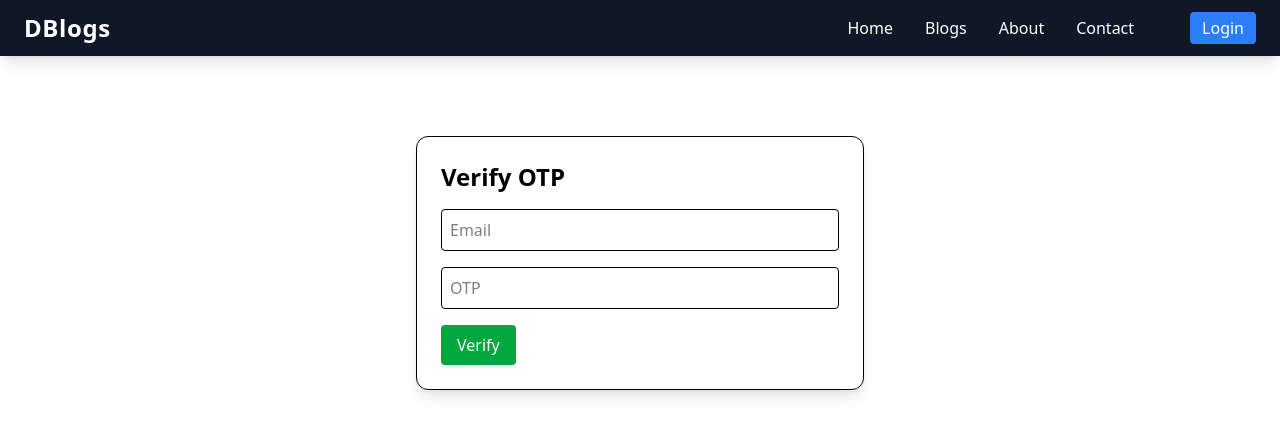
Repository: Devanshk9/DBlogs
Page: /verify (app in client/)
The author's editor kept a copy of each file at every save. The page is drawn from the files as they stood at one save, then again after the next save.
The browser window is 1280 px wide. The pictures show the whole page.
The project was rebuilt for these pictures with package versions that can differ from the ones it lists, and the page was loaded fresh each time. Also part of the build but not shown: client/vite.config.js, client/src/components/VantaGlobe.jsx, client/src/pages/Blogs.jsx, client/src/pages/Home.jsx, client/src/pages/BlogPage.jsx, client/src/pages/WriterPage.jsx, client/src/pages/About.jsx, client/src/pages/Contact.jsx and 3 more.

Above is the page before, as saved 2025-09-03 00:28:12.

### client/src/App.jsx
import React from "react";
import {
  createBrowserRouter,
  createRoutesFromElements,
  Route,
  RouterProvider,
  Navigate,
} from "react-router-dom";

import { AuthProvider } from "./context/AuthProvider";
import Layout from "./layout/Layout";

// Pages
import Home from "./pages/Home";
import Blogs from "./pages/Blogs";
import BlogPage from "./pages/BlogPage";
import WriterPage from "./pages/WriterPage";
import About from "./pages/About";
import Contact from "./pages/Contact";
import Login from "./pages/Login";
import Signup from "./pages/SignUp";
import VerifyOtp from "./pages/VerifyOtp";
import ProtectedRoute from "./pages/ProtectedRoute";

const router = createBrowserRouter(
  createRoutesFromElements(
    <Route element={<Layout />}>
      <Route path="/" element={<Home />} />
      <Route path="about" element={<About />} />
      <Route path="contact" element={<Contact />} />
      <Route path="login" element={<Login />} />
      <Route path="signup" element={<Signup />} />
      <Route path="verify" element={<VerifyOtp />} />

      {/* Protected routes */}
      <Route
        path="blogs"
        element={
          <ProtectedRoute>
            <Blogs />
          </ProtectedRoute>
        }
      />
      <Route
        path="blogs/:id"
        element={
          <ProtectedRoute>
            <BlogPage />
          </ProtectedRoute>
        }
      />
      <Route
        path="writers/:id"
        element={
          <ProtectedRoute>
            <WriterPage />
          </ProtectedRoute>
        }
      />
    </Route>
  )
);

export default function App() {
  return (
    <React.StrictMode>
      <AuthProvider>
        <RouterProvider router={router} />
      </AuthProvider>
    </React.StrictMode>
  );
}

### client/src/context/AuthProvider.jsx
// AuthProvider.jsx
import { useState } from "react";
import { AuthContext } from "./AuthContext";

export function AuthProvider({ children }) {
  const [user, setUser] = useState(null);
  const [token, setToken] = useState(localStorage.getItem("token") || null);

  const login = (userData, jwtToken) => {
    setUser(userData);
    setToken(jwtToken);
    localStorage.setItem("token", jwtToken);
  };

  const logout = () => {
    setUser(null);
    setToken(null);
    localStorage.removeItem("token");
  };

  return (
    <AuthContext.Provider value={{ user, token, login, logout }}>
      {children}
    </AuthContext.Provider>
  );
}

### client/src/layout/Layout.jsx
import Navbar from "../components/Navbar";
import { Outlet } from "react-router-dom";
import VantaGlobe from '../components/VantaGlobe';

function Layout() {
  return (
    <>
      <Navbar />
      <Outlet />

    </>
  );
}

export default Layout;

### client/src/pages/VerifyOtp.jsx
import { useState, useEffect } from "react";
import { useNavigate } from "react-router-dom";

export default function VerifyOtp() {
  const navigate = useNavigate();
  const [email, setEmail] = useState("");
  const [otp, setOtp] = useState("");
  const [message, setMessage] = useState("");
  const [isLoading, setIsLoading] = useState(false);

  useEffect(() => {
    const storedEmail = sessionStorage.getItem("verifyEmail");
    if (storedEmail) {
      setEmail(storedEmail);
    }
  }, []);

  const handleSubmit = async (e) => {
    e.preventDefault();
    setIsLoading(true);
    try {
      const res = await fetch("http://localhost:5001/api/auth/verify-otp", {
        method: "POST",
        headers: { "Content-Type": "application/json" },
        body: JSON.stringify({ email, otp }),
      });
      const data = await res.json();

      if (data.error) {
        setMessage(data.error);
        return;
      }

      setMessage(data.message);
      // Clear email from session storage
      sessionStorage.removeItem("verifyEmail");

      // Redirect to login after successful verification
      setTimeout(() => {
        navigate("/login");
      }, 1500);
    } catch (error) {
      console.error("Verification error:", error);
      setMessage("An error occurred during verification");
    } finally {
      setIsLoading(false);
    }
  };

  return (
    <div className="max-w-md mx-auto mt-20 p-6 border rounded-xl shadow-lg">
      <h1 className="text-2xl font-bold mb-4">Verify OTP</h1>
      <form onSubmit={handleSubmit} className="space-y-4">
        <input
          type="email"
          placeholder="Email"
          className="w-full p-2 border rounded"
          value={email}
          onChange={(e) => setEmail(e.target.value)}
        />
        <input
          type="text"
          placeholder="OTP"
          className="w-full p-2 border rounded"
          value={otp}
          onChange={(e) => setOtp(e.target.value)}
        />
        <button className="bg-green-600 text-white px-4 py-2 rounded">
          Verify
        </button>
      </form>
      {message && <p className="mt-4 text-center">{message}</p>}
    </div>
  );
}

### client/src/context/AuthContext.js
// AuthContext.js
import { createContext } from "react";
export const AuthContext = createContext();

### client/src/components/Navbar.jsx
import React, { useState, useContext } from "react";
import { Link } from "react-router-dom";
import { Menu, X } from "lucide-react";
import { AuthContext } from "../context/AuthContext";

const Navbar = () => {
  const [isOpen, setIsOpen] = useState(false);
  const { token, logout } = useContext(AuthContext); // ✅ use auth state

  return (
    <nav className="bg-gray-900 text-white shadow-lg">
      <div className="container mx-auto px-6 py-3 flex justify-between items-center">
        {/* Logo */}
        <h1 className="text-2xl font-bold tracking-wide cursor-pointer">
          DBlogs
        </h1>

        {/* Desktop Menu */}
        <ul className="hidden md:flex space-x-8 font-medium items-center">
          <li>
            <Link to="/" className="hover:text-yellow-400">Home</Link>
          </li>
          <li>
            <Link to="/blogs" className="hover:text-yellow-400">Blogs</Link>
          </li>
          <li>
            <Link to="/about" className="hover:text-yellow-400">About</Link>
          </li>
          <li>
            <Link to="/contact" className="hover:text-yellow-400">Contact</Link>
          </li>

          {/* ✅ Dynamic button */}
          {token ? (
            <button
              onClick={logout}
              className="ml-6 bg-red-500 hover:bg-red-600 px-3 py-1 rounded"
            >
              Logout
            </button>
          ) : (
            <Link
              to="/login"
              className="ml-6 bg-blue-500 hover:bg-blue-600 px-3 py-1 rounded"
            >
              Login
            </Link>
          )}
        </ul>

        {/* Mobile Menu Button */}
        <button
          onClick={() => setIsOpen(!isOpen)}
          className="md:hidden focus:outline-none"
        >
          {isOpen ? <X size={28} /> : <Menu size={28} />}
        </button>
      </div>

      {/* Mobile Dropdown */}
      {isOpen && (
        <div className="md:hidden bg-gray-800">
          <ul className="flex flex-col items-center space-y-4 py-4 font-medium">
            <li><Link to="/" onClick={() => setIsOpen(false)}>Home</Link></li>
            <li><Link to="/blogs" onClick={() => setIsOpen(false)}>Blogs</Link></li>
            <li><Link to="/about" onClick={() => setIsOpen(false)}>About</Link></li>
            <li><Link to="/contact" onClick={() => setIsOpen(false)}>Contact</Link></li>

            {/* ✅ Dynamic button in mobile */}
            {token ? (
              <li>
                <button
                  onClick={() => { logout(); setIsOpen(false); }}
                  className="bg-red-500 hover:bg-red-600 px-3 py-1 rounded"
                >
                  Logout
                </button>
              </li>
            ) : (
              <li>
                <Link
                  to="/login"
                  onClick={() => setIsOpen(false)}
                  className="bg-blue-500 hover:bg-blue-600 px-3 py-1 rounded"
                >
                  Login
                </Link>
              </li>
            )}
          </ul>
        </div>
      )}
    </nav>
  );
};

export default Navbar;

Loaded but not shown: client/index.html (common file); client/src/main.jsx (common file); client/src/index.css (common file)

After the next save:
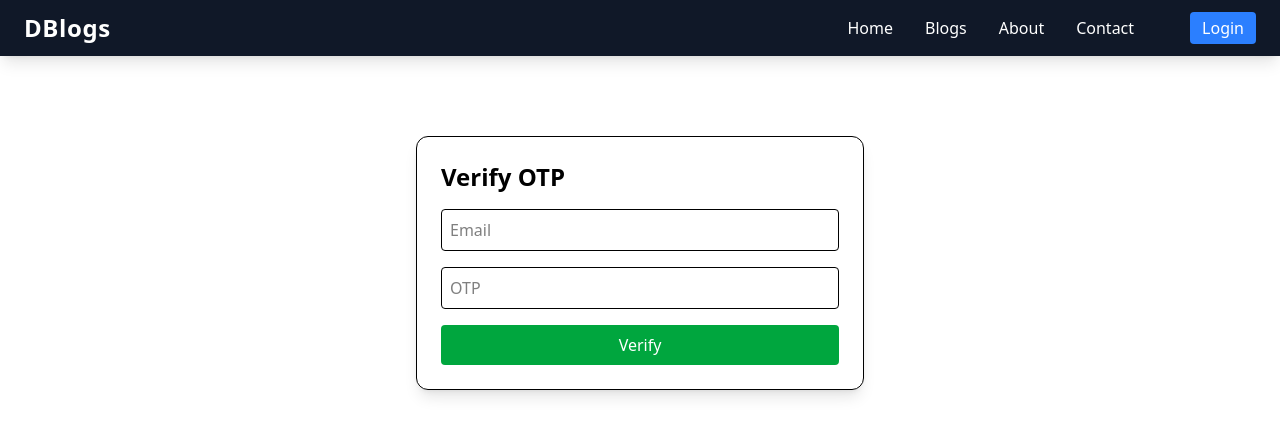
Saved 10 s later.
--- a/client/src/pages/VerifyOtp.jsx
+++ b/client/src/pages/VerifyOtp.jsx
@@ -65,11 +65,18 @@
           value={otp}
           onChange={(e) => setOtp(e.target.value)}
         />
-        <button className="bg-green-600 text-white px-4 py-2 rounded">
-          Verify
+        <button
+          className={`bg-green-600 text-white px-4 py-2 rounded w-full ${isLoading ? 'opacity-50 cursor-not-allowed' : ''}`}
+          disabled={isLoading}
+        >
+          {isLoading ? 'Verifying...' : 'Verify'}
         </button>
       </form>
-      {message && <p className="mt-4 text-center">{message}</p>}
+      {message && (
+        <p className={`mt-4 text-center ${message.includes('error') ? 'text-red-500' : 'text-green-500'}`}>
+          {message}
+        </p>
+      )}
     </div>
   );
 }
